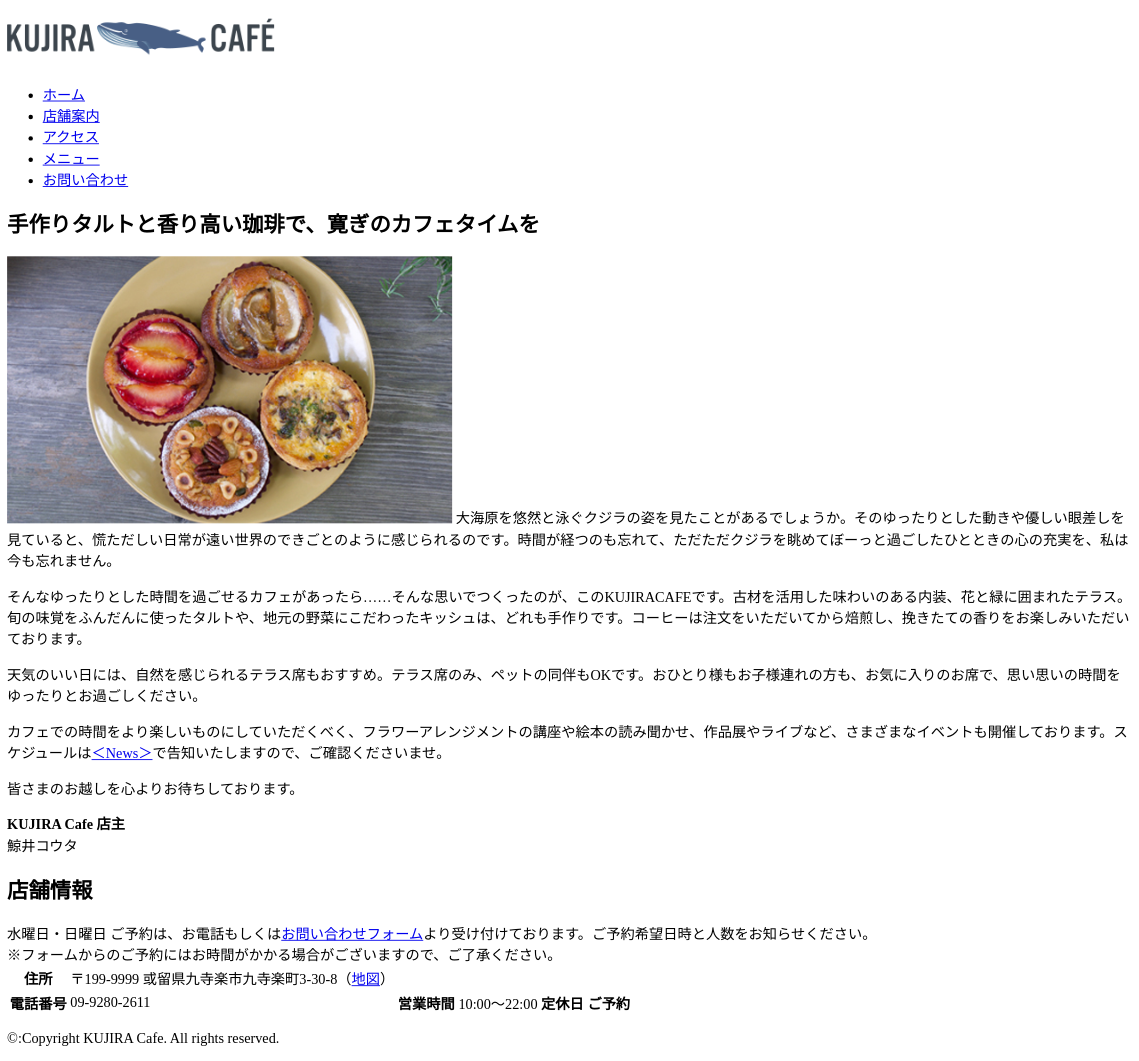
Repository: U-dias/work3
Page: cafe/about.html
The author's editor kept a record of every edit. The page is drawn from the files as they stood at one moment, then again after the next edit.
The browser window is 1280 px wide. The pictures show the whole page, at 89% of full size.

Above is the page before.

### cafe/about.html
<!doctype html>
<html>
  <head>
  <meta charset="utf-8">
  <title>KUJIRA Cafeについて | KUJIRA Cafe</title>
  </head>
  <body>
    <div class="wrapper">
      <!--ヘッダー-->
        <header class="hearder">
          <h1 class="logo"> <a href="index.html"><img src="images/logo.png" alt="KUJIRA Cafe"></a></h1>
          <nav class="nav">
              <ul>
                <li><a href="index.html">ホーム</a></li>
                <li><a href="about.html">店舗案内</a></li>
                <li><a href="access,html">アクセス</a></li>
                <li><a href="menu.html">メニュー</a></li>
                <li><a href="contact.html">お問い合わせ</a></li>

              </ul>
          </nav>
        </header>
        <!--ヘッダーここまで-->
        <!--メイン-->

        <main>
          <h2>手作りタルトと香り高い珈琲で、寛ぎのカフェタイムを</h2>
          <p><img src="images/about-photo.jpg" alt="タルトの写真">
          大海原を悠然と泳ぐクジラの姿を見たことがあるでしょうか。そのゆったりとした動きや優しい眼差しを見ていると、慌ただしい日常が遠い世界のできごとのように感じられるのです。時間が経つのも忘れて、ただただクジラを眺めてぼーっと過ごしたひとときの心の充実を、私は今も忘れません。</p>
          <p>
            そんなゆったりとした時間を過ごせるカフェがあったら……そんな思いでつくったのが、このKUJIRACAFEです。古材を活用した味わいのある内装、花と緑に囲まれたテラス。旬の味覚をふんだんに使ったタルトや、地元の野菜にこだわったキッシュは、どれも手作りです。コーヒーは注文をいただいてから焙煎し、挽きたての香りをお楽しみいただいております。</p>
          <p>天気のいい日には、自然を感じられるテラス席もおすすめ。テラス席のみ、ペットの同伴もOKです。おひとり様もお子様連れの方も、お気に入りのお席で、思い思いの時間をゆったりとお過ごしください。</p>
          <p>カフェでの時間をより楽しいものにしていただくべく、フラワーアレンジメントの講座や絵本の読み聞かせ、作品展やライブなど、さまざまなイベントも開催しております。スケジュールは<a href="index.html#news">＜News＞</a>で告知いたしますので、ご確認くださいませ。</p>
          <p>皆さまのお越しを心よりお待ちしております。</p>

          <p><strong>KUJIRA Cafe 店主</strong><br>
          鯨井コウタ</p>


          <h2>店舗情報</h2>
          <table>
            <tr>
              <th>住所</th>
              <td>〒199-9999 或留県九寺楽市九寺楽町3-30-8（<a href="access.html">地図</a>）</td>

            </tr>
            <tr>
            <th>電話番号</th>
            <td>09-9280-2611</td>

            <th>営業時間</th>
            <td>10:00～22:00</td>

<th>定休日</th>
水曜日・日曜日

<th>ご予約</th>
ご予約は、お電話もしくは<a href="contact.html">お問い合わせフォーム</a>より受け付けております。ご予約希望日時と人数をお知らせください。<br>
※フォームからのご予約にはお時間がかかる場合がございますので、ご了承ください。</tr>

          </table>

      </main>
      <!--メインここまで-->
      <!--フッター-->
      <footer class="footer">
        <p>&copy:Copyright KUJIRA Cafe. All rights reserved.</p>
      </footer>
      <!--フッターここまで-->
</div>
  </p>
  </body>
</html>

After the next edit:
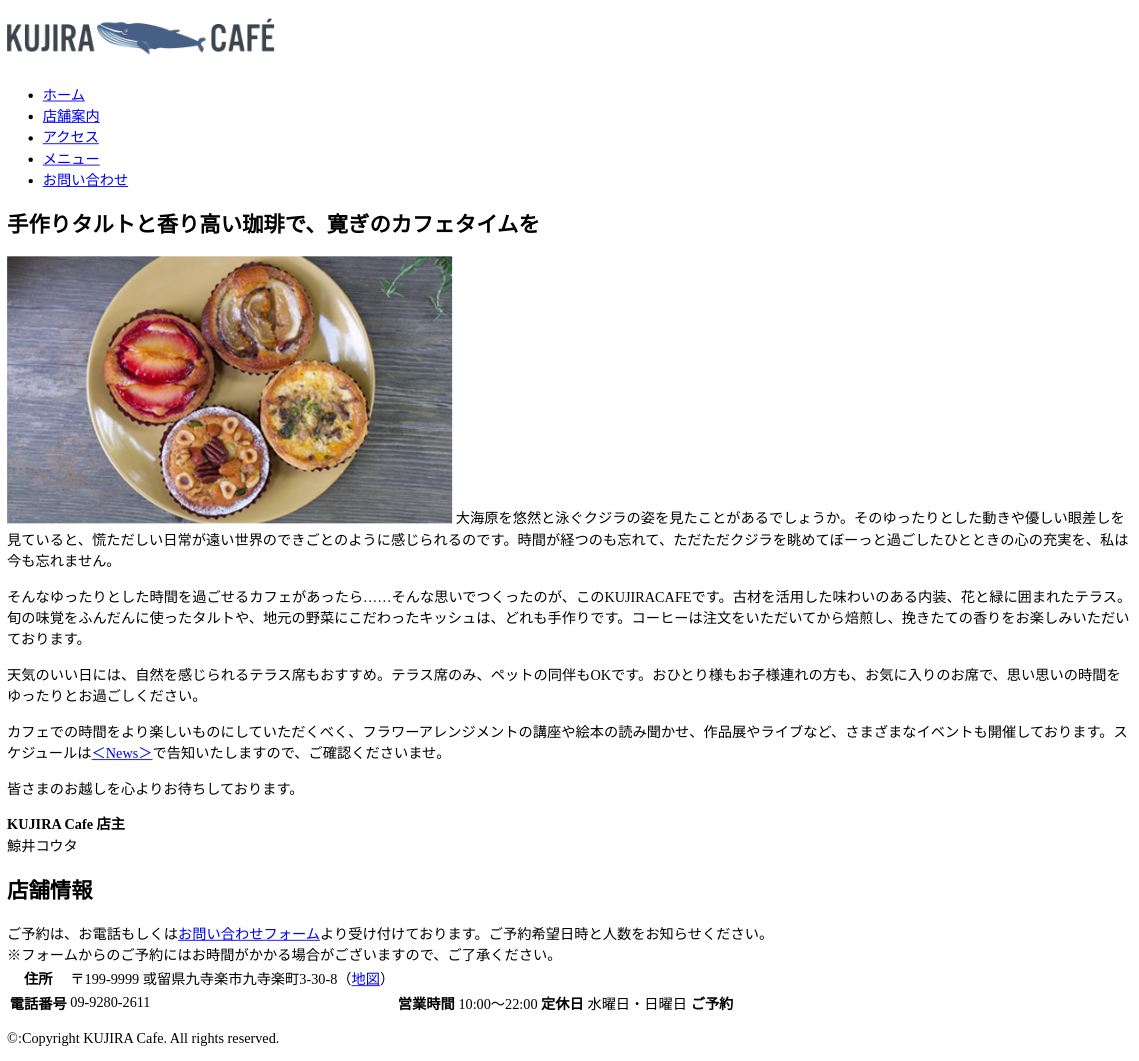
The edit:
--- a/cafe/about.html
+++ b/cafe/about.html
@@ -51,8 +51,8 @@
             <th>営業時間</th>
             <td>10:00～22:00</td>
 
-<th>定休日</th>
-水曜日・日曜日
+            <th>定休日</th>
+            <td>水曜日・日曜日</td>
 
 <th>ご予約</th>
 ご予約は、お電話もしくは<a href="contact.html">お問い合わせフォーム</a>より受け付けております。ご予約希望日時と人数をお知らせください。<br>
